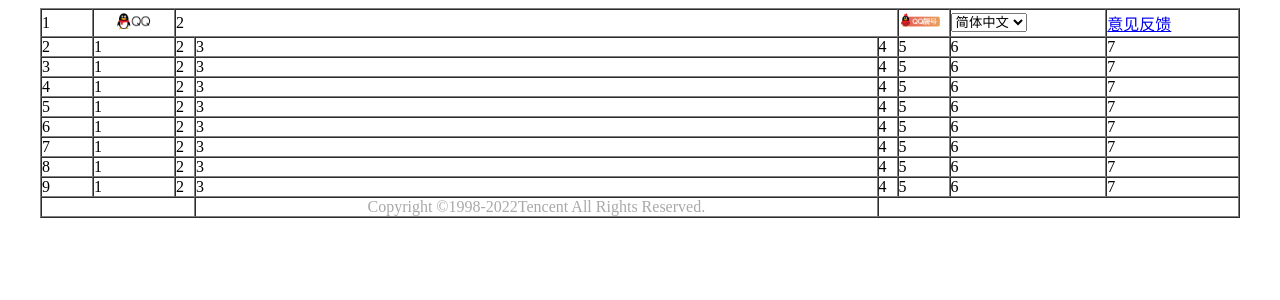
Repository: l897284707/0913
Page: qq注册界面.html
The author's editor kept a copy of each file at every save. The page is drawn from the files as they stood at one save, then again after the next save.
The browser window is 1280 px wide. The pictures show the whole page.

Above is the page before, as saved 2022-09-13 20:46:00.

### qq注册界面.html
<!DOCTYPE html>
<html lang="en">

<head>
    <meta charset="UTF-8">
    <meta http-equiv="X-UA-Compatible" content="IE=edge">
    <meta name="viewport" content="width=device-width, initial-scale=1.0">
    <title>Document</title>
</head>

<body>
    <table style="width: 1200px;" align="center" valign="middle" border="1" cellspacing="0" cellpadding="0">
        <tr>
            <td style="width:50px;">
                1
            </td>
            <td align="center" valign="middle" style="width: 80px;"><img src="/img/图片1.png" alt="qq图标" width="50"></td>
            <td colspan="3" style="">2</td>
            <td style="width: 50px;">
                <img src="/img/新建项目.png" alt="">
            </td>
            <td>
                <select>
                    <option value="">简体中文</option>
                    <option value="">繁体中文</option>
                    <option value="">English</option>
                </select>
            </td>
            <td>
                <a href=" ">意见反馈</a>
            </td>
        </tr>
        <tr>
            <td>2</td>
            <td>1</td>
            <td>2</td>
            <td>3</td>
            <td>4</td>
            <td>5</td>
            <td>6</td>
            <td>7</td>
        </tr>
        <tr>
            <td>3</td>
            <td>1</td>
            <td>2</td>
            <td>3</td>
            <td>4</td>
            <td>5</td>
            <td>6</td>
            <td>7</td>
        </tr>
        <tr>
            <td>4</td>
            <td>1</td>
            <td>2</td>
            <td>3</td>
            <td>4</td>
            <td>5</td>
            <td>6</td>
            <td>7</td>
        </tr>
        <tr>
            <td>5</td>
            <td>1</td>
            <td>2</td>
            <td>3</td>
            <td>4</td>
            <td>5</td>
            <td>6</td>
            <td>7</td>
        </tr>
        <tr>
            <td>6</td>
            <td>1</td>
            <td>2</td>
            <td>3</td>
            <td>4</td>
            <td>5</td>
            <td>6</td>
            <td>7</td>
        </tr>
        <tr>
            <td>7</td>
            <td>1</td>
            <td>2</td>
            <td>3</td>
            <td>4</td>
            <td>5</td>
            <td>6</td>
            <td>7</td>
        </tr>
        <tr>
            <td>8</td>
            <td>1</td>
            <td>2</td>
            <td>3</td>
            <td>4</td>
            <td>5</td>
            <td>6</td>
            <td>7</td>
        </tr>
        <tr>
            <td>9</td>
            <td>1</td>
            <td>2</td>
            <td>3</td>
            <td>4</td>
            <td>5</td>
            <td>6</td>
            <td>7</td>
        </tr>
        <tr>
            <td colspan="3"></td>

            <td align="center">
                <label style="color: darkgrey;">Copyright ©1998-2022Tencent All Rights Reserved.</label>
            </td>
            <td colspan="4"> </td>

        </tr>
    </table>

</body>

</html>

After the next save:
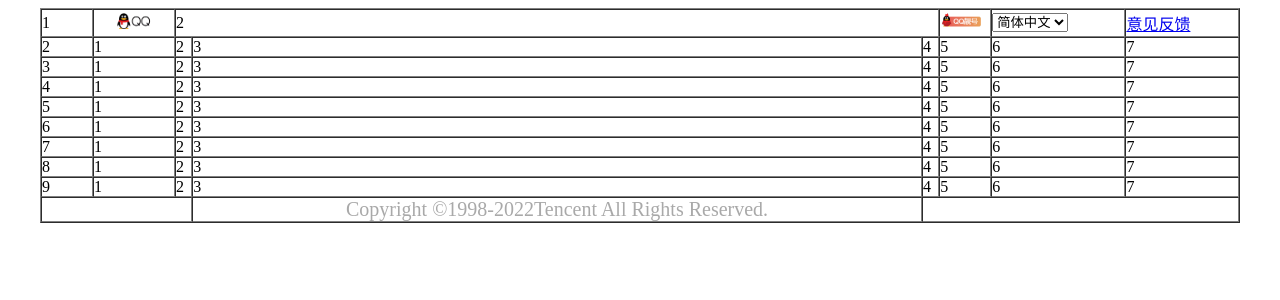
Saved 13 s later.
--- a/qq注册界面.html
+++ b/qq注册界面.html
@@ -114,7 +114,7 @@
             <td colspan="3"></td>
 
             <td align="center">
-                <label style="color: darkgrey;">Copyright ©1998-2022Tencent All Rights Reserved.</label>
+                <label style="font-size: 20px; color: darkgrey;">Copyright ©1998-2022Tencent All Rights Reserved.</label>
             </td>
             <td colspan="4"> </td>
 
